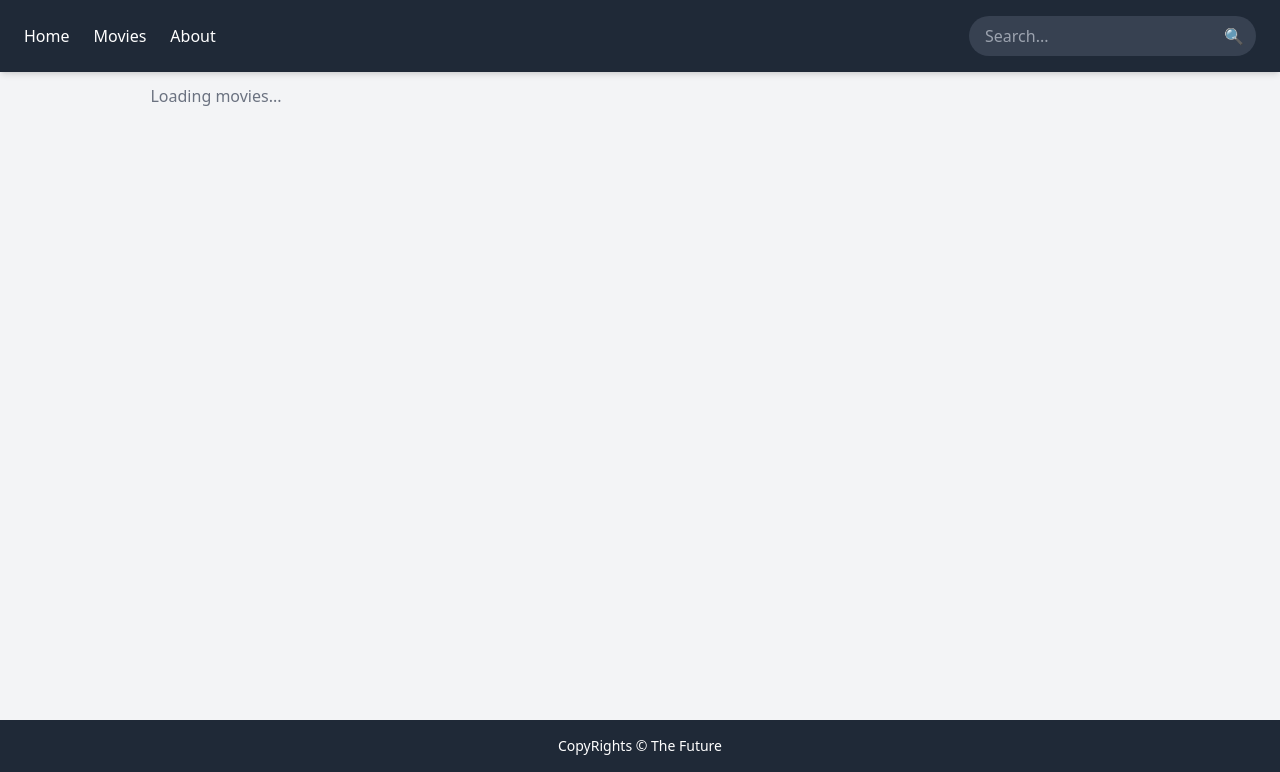
Repository: TheSecretlifeOfX/Movie-Rating
Page: /movies
The author's editor kept a copy of each file at every save. The page is drawn from the files as they stood at one save, then again after the next save.
The browser window is 1280 px wide. The pictures show the whole page.
The page's requests for data from a server got no answer. The project was rebuilt for these pictures with package versions that can differ from the ones it lists, and the page was loaded fresh each time. The framework's server and built-in components were replaced by stand-ins that run in the browser. No one was signed in, and anything a server would have sent is missing. Also part of the build but not shown: next.config.ts.

Above is the page before, as saved 2024-11-29 08:43:14.

### app/layout.tsx
import type { Metadata } from "next";
import localFont from "next/font/local";
import "./globals.css";
import NavBar from "./components/NavBar";
import Footer from "./components/Footer";

const geistSans = localFont({
  src: "./fonts/GeistVF.woff",
  variable: "--font-geist-sans",
  weight: "100 900",
});
const geistMono = localFont({
  src: "./fonts/GeistMonoVF.woff",
  variable: "--font-geist-mono",
  weight: "100 900",
});

export const metadata: Metadata = {
  title: "Create Next App",
  description: "Generated by create next app",
};

export default function RootLayout({
  children,
}: Readonly<{
  children: React.ReactNode;
}>) {
  return (
    <html lang="en">
      <body
        className={`${geistSans.variable} ${geistMono.variable} antialiased`}
      >
       <nav>
        <NavBar />
      </nav>
        {children}
        <footer>
        <Footer />
        </footer>
      </body>
    </html>
  );
}

### app/movies/page.tsx
"use client";
import React, { useState, useEffect } from 'react';

export default function Page() {
  const [movies, setMovies] = useState([]); // State to hold movies data

  useEffect(() => {
    // Fetch movies data from an API
    async function fetchMovies() {
      try {
        const response = await fetch('/api/movies'); // Replace with your API endpoint
        const data = await response.json();
        setMovies(data);
      } catch (error) {
        console.error('Error fetching movies:', error);
      }
    }
    fetchMovies();
  }, []);

  return (
    <main className="p-4 bg-gray-100 min-h-screen">
      <h2 className="text-3xl font-bold text-center mb-8">Movies</h2>

      <div className="grid grid-cols-1 md:grid-cols-2 lg:grid-cols-3 gap-6">
        {movies.length > 0 ? (
          movies.map((movie) => (
            <div key={movie.id} className="bg-white shadow-md rounded-lg p-4">
              {/* Movie Details */}
              <img
                src={movie.image}
                alt={movie.title}
                className="w-full h-48 object-cover rounded-lg mb-4"
              />
              <h3 className="text-xl font-semibold mb-2">{movie.title}</h3>
              <p className="text-gray-700 text-sm mb-4">{movie.description}</p>

              {/* Rating Section */}
              <div className="mb-4">
                <p className="text-gray-800 font-medium">Rating:</p>
                <p className="text-yellow-500">{movie.rating || 'Not rated yet'}</p>
              </div>

              {/* Comments Section */}
              <div>
                <p className="text-gray-800 font-medium mb-2">Comments:</p>
                {movie.comments && movie.comments.length > 0 ? (
                  <ul className="space-y-2">
                    {movie.comments.map((comment, index) => (
                      <li key={index} className="text-gray-700 text-sm">
                        - {comment}
                      </li>
                    ))}
                  </ul>
                ) : (
                  <p className="text-gray-500 text-sm">No comments yet.</p>
                )}
              </div>
            </div>
          ))
        ) : (
          <p className="text-center text-gray-500">Loading movies...</p>
        )}
      </div>
    </main>
  );
}

### app/globals.css
@tailwind base;
@tailwind components;
@tailwind utilities;

/* Background Animation */
@keyframes move-background {
  0% {
    transform: translateX(0) translateY(0);
  }
  50% {
    transform: translateX(-10%) translateY(-10%);
  }
  100% {
    transform: translateX(0) translateY(0);
  }
}

.animate-move-background {
  background-size: 200% 200%;
  animation: move-background 15s infinite alternate linear;
}

/* Slideshow Animation */
@keyframes slide {
  0% {
    transform: translateX(0%);
  }
  33% {
    transform: translateX(-100%);
  }
  66% {
    transform: translateX(-200%);
  }
  100% {
    transform: translateX(0%);
  }
}

.animate-slide {
  animation: slide 10s infinite linear;
}

### app/components/NavBar.tsx
import React from 'react';
import Link from 'next/link'
export default function NavBar() {
  return (
    <nav className="fixed top-0 left-0 w-full bg-gray-800 text-white py-4 px-6 flex justify-between items-center z-50 shadow-md">
      {/* Left: Navigation Links */}
      <div className="flex space-x-6">
        <Link href="/" className="hover:text-gray-400">
          Home
        </Link>
        <Link href="/movies" className="hover:text-gray-400">
          Movies
        </Link>
        <a href="#about" className="hover:text-gray-400">
          About
        </a>
      </div>

      {/* Right: Search Bar */}
      <div className="relative">
        <input
          type="text"
          placeholder="Search..."
          className="pl-4 pr-10 py-2 bg-gray-700 text-white rounded-full outline-none focus:ring-2 focus:ring-purple-500"
        />
        <button
          type="button"
          className="absolute right-3 top-1/2 transform -translate-y-1/2 text-gray-400 hover:text-white"
        >
          🔍
        </button>
      </div>
    </nav>
  );
}

### app/components/Footer.tsx
import React from 'react';

export default function Footer() {
  return (
    <footer className="w-full bg-gray-800 text-white py-4 text-center z-50">
      <p className="text-sm">
        CopyRights © The Future
      </p>
    </footer>
  );
}

Loaded but not shown: tailwind.config.ts (common file)

After the next save:
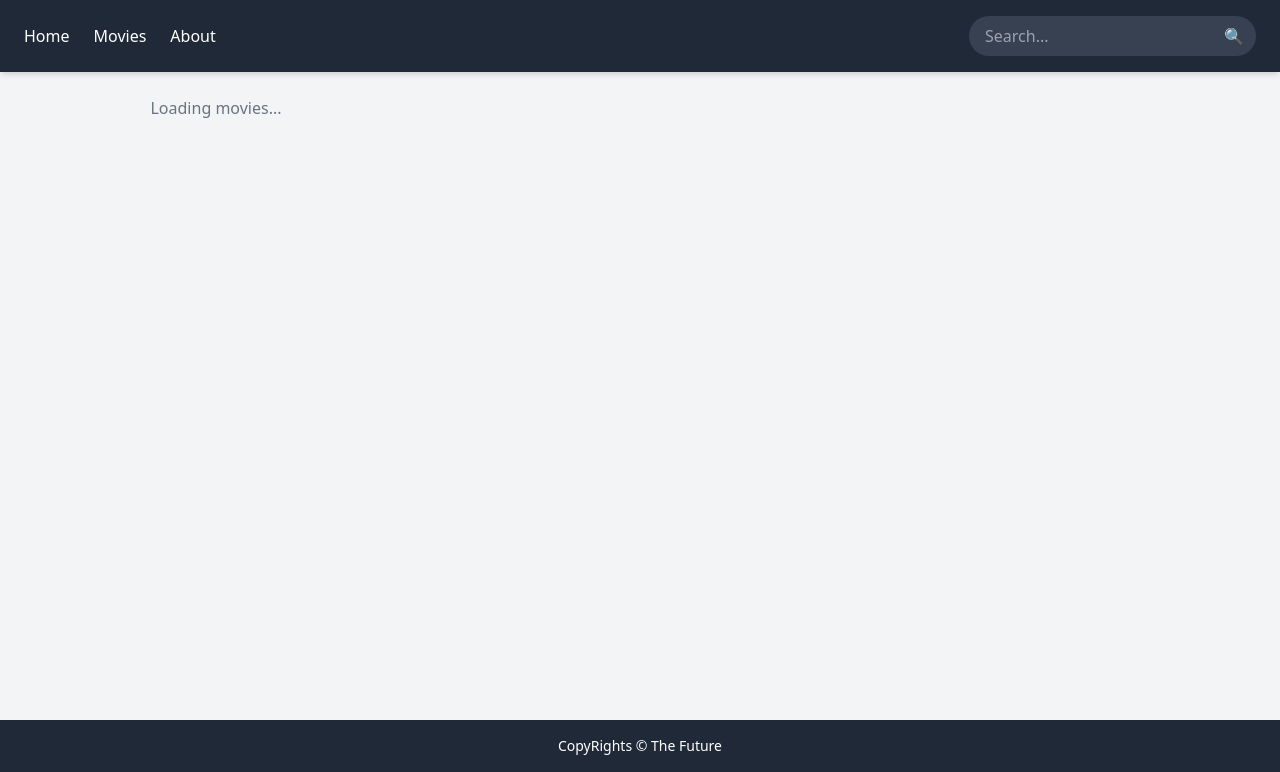
Saved 68 s later.
--- a/app/movies/page.tsx
+++ b/app/movies/page.tsx
@@ -1,4 +1,5 @@
 "use client";
+
 import React, { useState, useEffect } from 'react';
 
 export default function Page() {
@@ -20,8 +21,10 @@ export default function Page() {
 
   return (
     <main className="p-4 bg-gray-100 min-h-screen">
-      <h2 className="text-3xl font-bold text-center mb-8">Movies</h2>
+      {/* Heading */}
+      <h1 className="text-5xl font-bold text-center mb-8">MOVIES</h1>
 
+      {/* Movie List */}
       <div className="grid grid-cols-1 md:grid-cols-2 lg:grid-cols-3 gap-6">
         {movies.length > 0 ? (
           movies.map((movie) => (
